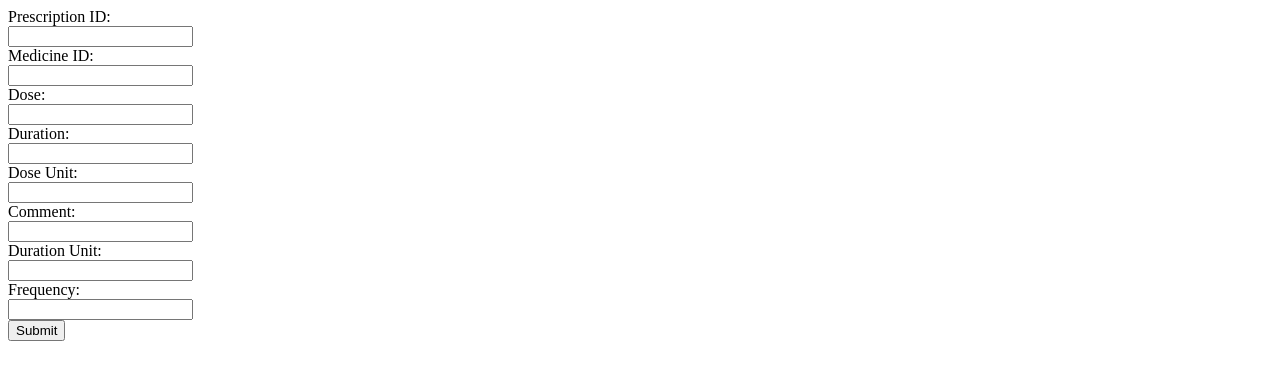
Repository: NGHIAVN1/healt-care1
Page: http://localhost/Doctors/prescription_detail.php
These files come from the project's save history. The page is drawn as it stood at one moment and after the next save; the edit follows.
The browser window is 1280 px wide. The pictures show the whole page.
The page is run by PHP 8.4 with error messages shown; the project is at /var/www/html/.

Above is the page before, as saved 2023-12-07 18:35:57.

After the next save:
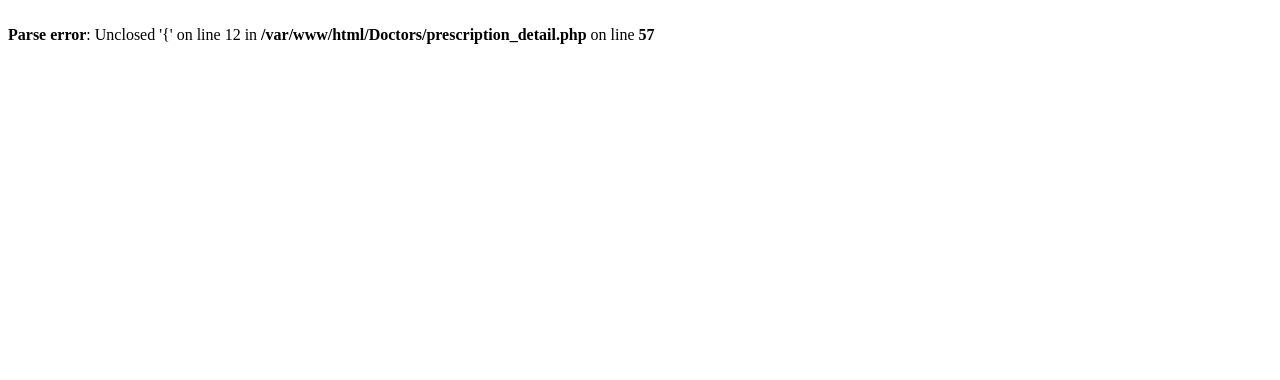
Saved 6 min 21 s later.
--- a/Doctors/prescription_detail.php
+++ b/Doctors/prescription_detail.php
@@ -22,32 +22,7 @@
                     $doseMax = $row["dosemax"];
                     $doseUnit = $row["doseunit"];
                 if($medicine['medication_id']===$row('id')){
-                    if($dose<$doseMin){
-                        echo "Dose is too low";
-                    }
-                    elseif($dose>$doseMax){
-                        echo "Dose is too high!";
-                    }
-                    elseif($dose>=$doseMin && $dose<=$doseMax){
-                        $summit = "INSERT INTO prescription_detail (prescription_id, medication_id, dose, duration, unit, comment, duration_unit, frequency) VALUES ('$idPrescripation', '$idMedicine', '$dose', '$duration', '$unit', '$comment', '$durationUnit', '$frequency')";
-                        if(mysqli_query($conn, $summit)){
-                            echo "<script>alert('Prescription added successfully!')</script>";
-                        }
-                    }
-                    else{
-                        if($frequency>3){
-                            echo "<script>alert('Frequency is too high!')</script>";
-                        }
-                        else{
-                            $summit = "INSERT INTO prescription_detail (prescription_id, medication_id, dose, duration, unit, comment, duration_unit, frequency) VALUES ('$idPrescripation', '$idMedicine', '$dose', '$duration', '$unit', '$comment', '$durationUnit', '$frequency')";
-                            if(mysqli_query($conn, $summit)){
-                                echo "Prescription added successfully!";
-                            }
-                        }
 
-                }
-                }
-            }
 
         }
     }
